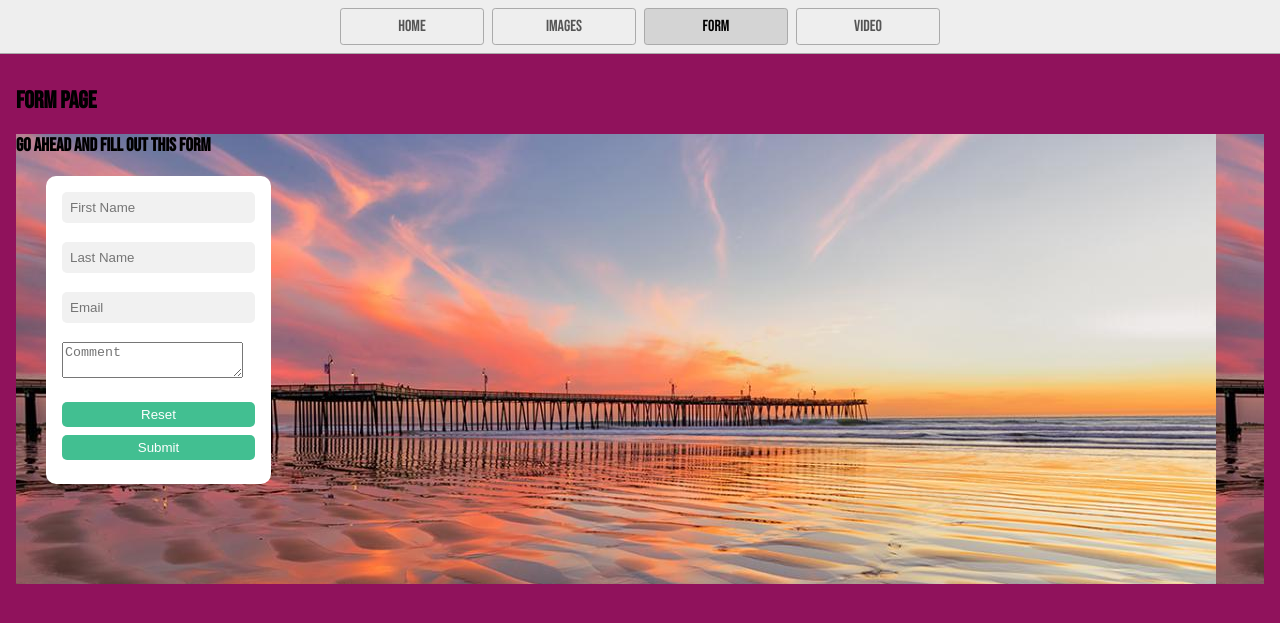
Repository: sebas6292/palmTree-Final
Page: Form.html
The author's editor kept a copy of each file at every save. The page is drawn from the files as they stood at one save, then again after the next save.
The browser window is 1280 px wide. The pictures show the whole page.

Above is the page before, as saved 2023-05-28 13:17:37.

### Form.html
<!DOCTYPE html>
<html lang="en">
  <head>
    <title>Home</title>
    <meta charset="UTF-8" />
    <meta name="viewport" content="width=device-width" />

    <link rel="preconnect" href="https://fonts.googleapis.com">
    <link rel="preconnect" href="https://fonts.gstatic.com" crossorigin>
    <link href="https://fonts.googleapis.com/css2?family=Bebas+Neue&display=swap" rel="stylesheet">
    <link rel="stylesheet" href="styles.css" />

  </head>
  <body>
    <nav>
      <a href="/Home.html">Home</a>
      <a href="/Images.html">Images</a>
      <a href="/Form.html" aria-current="page">Form</a>
      <a href="/Video.html">Video</a>
    </nav>
    <main>
      <h1>Form page</h1>
      <div class="bg-img">
      <h3>Go ahead and fill out this form</h3>
      <form action="/Home.html" target="_blank" class="form-container">

        <input type="text" id="fname" name="fname" placeholder="First Name"><br>
        <br>
        <input type="text" id="lname" name="lname" placeholder="Last Name" ><br>
        <br>
        <input type="text" id="email" name="email" placeholder="Email"><br>
        <br>

        <textarea id="comment" placeholder='Comment' name="comment" ></textarea>
        <br>
        <br>
        <input class="btn" type="reset" value="Reset"> <br>
        <input class="btn" type="submit" value="Submit">
      </form>
    </div>
    </main>
  </body>
</html>

### styles.css
* {
    box-sizing: border-box;
  }

  body {
    margin: 0;
    font-family: 'Bebas Neue', sans-serif;
    color: black;
    background-color: white;
  }
  @keyframes body {
    0%   {background-color: white;}
    25%  {background-color: brown}
    50%  {background-color: purple;}
    100% {background-color: black;}
  }
  body {
    background-color: white;
    animation-name: body;
    animation-duration: 15s;
  }

  nav {
    display: flex;
    flex-wrap: wrap;
    align-items: center;
    justify-content: center;
    padding: 0.5rem;
    gap: 0.5rem;
    border-bottom: solid 1px #aaa;
    background-color: #eee;
  }

  nav a {
    display: inline-block;
    min-width: 9rem;
    padding: 0.5rem;
    border-radius: 0.2rem;
    border: solid 1px #aaa;
    text-align: center;
    text-decoration: none;
    color: #555;
  }

  nav a[aria-current='page'] {
    color: #000;
    background-color: #d4d4d4;
  }

  main {
    padding: 1rem;
  }

  h1 {
    font-weight: bold;
    font-size: 1.5rem;
  }

  .bg-img {
    background-image: url('/Assets/pier2.jpeg');
    height: 450px;
  }

  .form-container {
    position: absolute;
    margin: 0 0 0 30px;
    max-width: 300px;
    padding: 16px;
    background-color: white;
    border-radius: 10px;
  }
  input[type=text], input[type=password], input[id=comment] {
    width: 100%;
    padding: 8px;
    /* margin: 5px 0 22px 0; */
    border: none;
    background: #f1f1f1;
    border-radius: 5px;
  }
  .btn {
    background-color: #04AA6D;
    color: white;
    margin-bottom: .5rem ;
    padding: 5px 0 5px 0;
    border: none;
    cursor: pointer;
    border-radius: 5px;
    width: 100%;
    opacity: 0.75;
  }

  .btn:hover {
    opacity: 1;
  }
  /* .btn:hover {
    background-color: whitesmoke;
    color: red
  }

  img:hover {
    width: 300px;
  }
   */

After the next save:
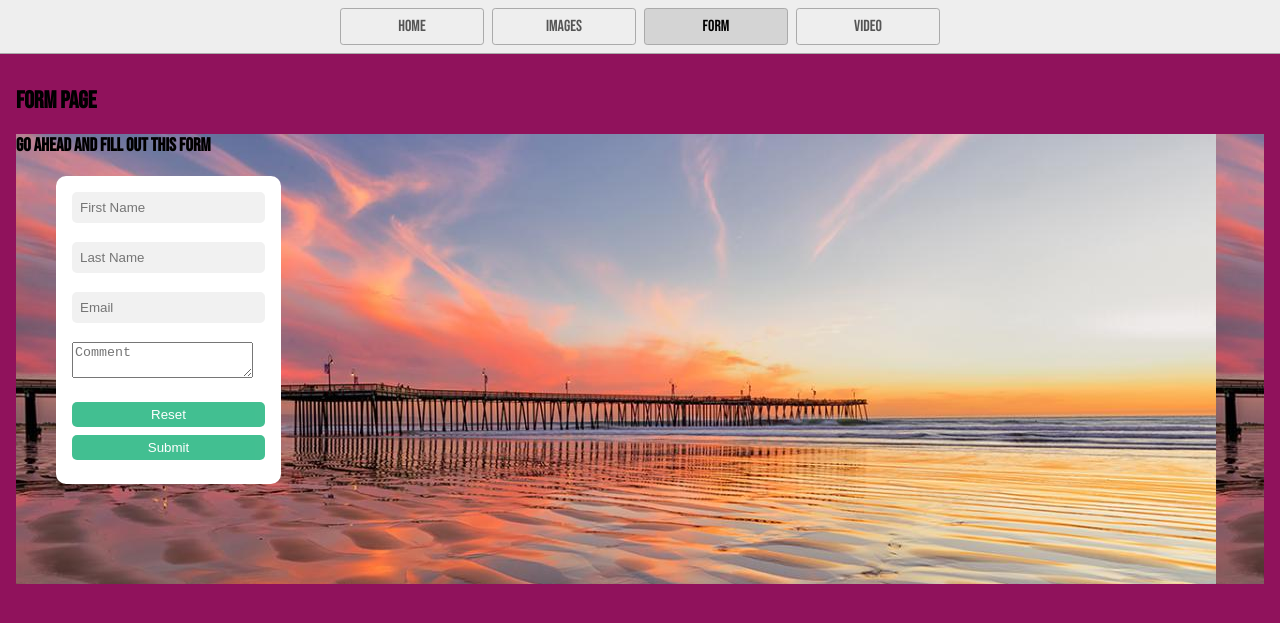
Saved 2 min 16 s later.
--- a/styles.css
+++ b/styles.css
@@ -63,7 +63,7 @@
 
   .form-container {
     position: absolute;
-    margin: 0 0 0 30px;
+    margin: 0 0 0 40px;
     max-width: 300px;
     padding: 16px;
     background-color: white;
